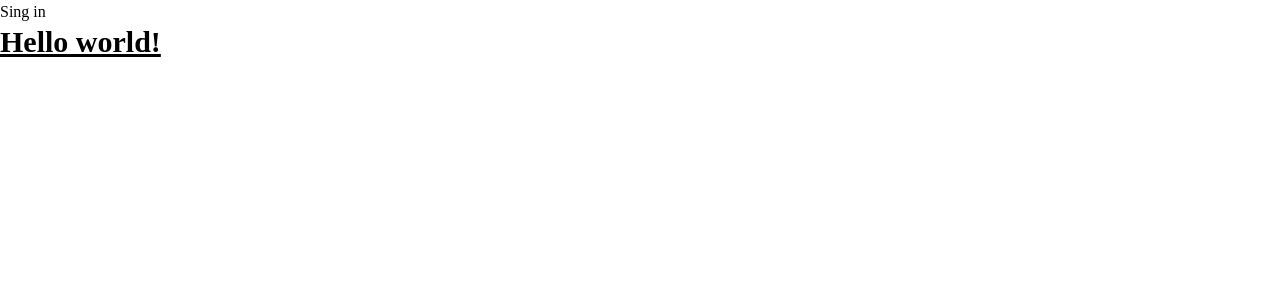
Repository: Gunplay/Smart-Home
Page: /
These files come from the project's save history. The page is drawn as it stood at one moment and after the next save; the edit follows.
The browser window is 1280 px wide. The pictures show the whole page.
The project was rebuilt for these pictures with package versions that can differ from the ones it lists, and the page was loaded fresh each time. Also part of the build but not shown: vite.config.js, vite.config.ts.

Above is the page before, as saved 2024-06-12 16:10:51.

After the next save:
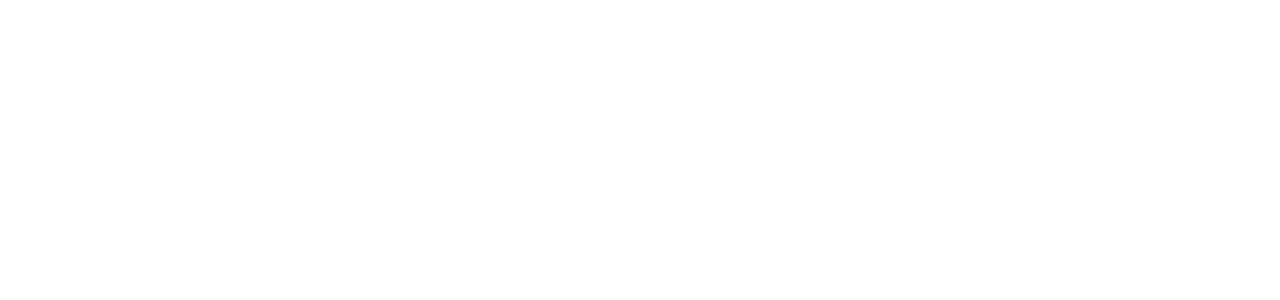
Console error: TypeError: Cannot read properties of undefined (reading 'pathname')
Saved 118 s later.
--- a/src/main.tsx
+++ b/src/main.tsx
@@ -2,9 +2,11 @@
 import ReactDOM from 'react-dom/client';
 import App from './App.tsx';
 import './css/style.css';
+import { Router } from 'react-router-dom';
 
 ReactDOM.createRoot(document.getElementById('root')!).render(
 	<React.StrictMode>
+		<Router></Router>
 		<App />
 	</React.StrictMode>
 );

After the 2 saves that followed:
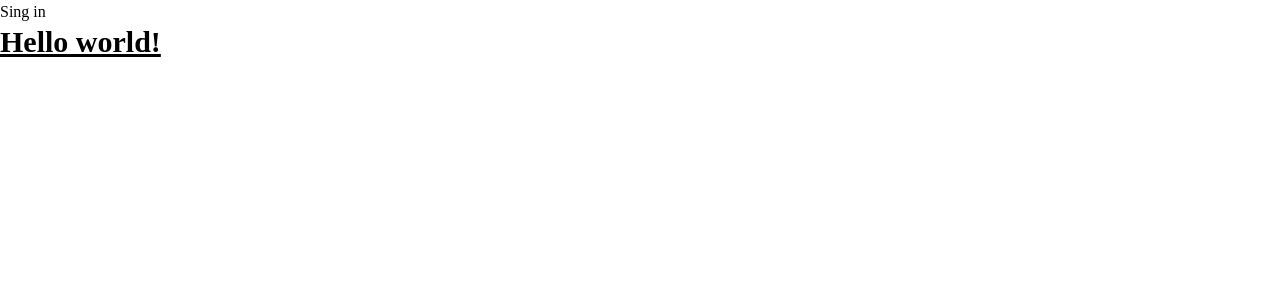
The error is gone.
The 2 saves are shown as one change because 1 left the picture as it was.
The last was saved 65 s later.
--- a/src/main.tsx
+++ b/src/main.tsx
@@ -1,12 +1,13 @@
 import React from 'react';
 import ReactDOM from 'react-dom/client';
+import { BrowserRouter as Router } from 'react-router-dom';
 import App from './App.tsx';
 import './css/style.css';
-import { Router } from 'react-router-dom';
 
 ReactDOM.createRoot(document.getElementById('root')!).render(
 	<React.StrictMode>
-		<Router></Router>
-		<App />
+		<Router>
+			<App />
+		</Router>
 	</React.StrictMode>
 );
